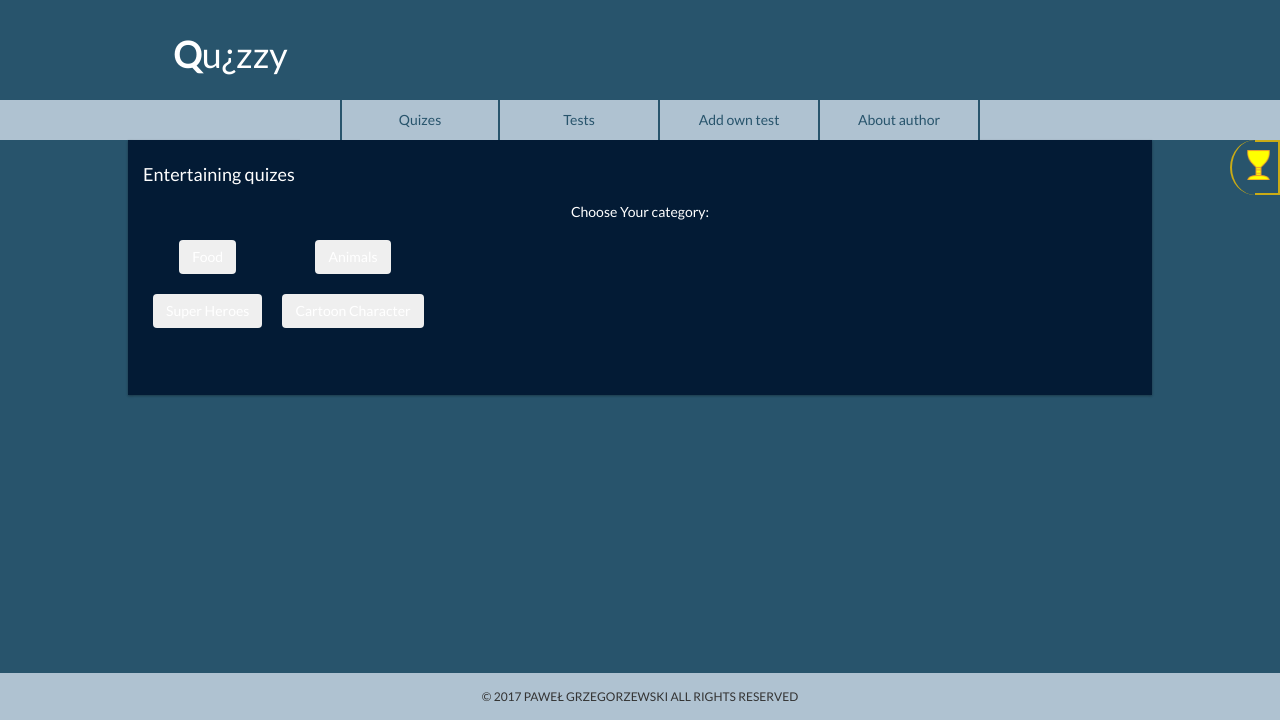
Repository: pgrzegorzewski/quiz
Page: http://localhost/app/add_test.php
An editor plug-in stored every save of this project. The page is shown before and after the next save, followed by the edit.
The browser window is 1280 px wide. The pictures show the whole page.
Some web libraries are served in a nearby version. The page is run by PHP 8.4 with error messages shown; the project is at /var/www/html/.

Above is the page before, as saved 2017-09-10 18:12:09.

After the next save:
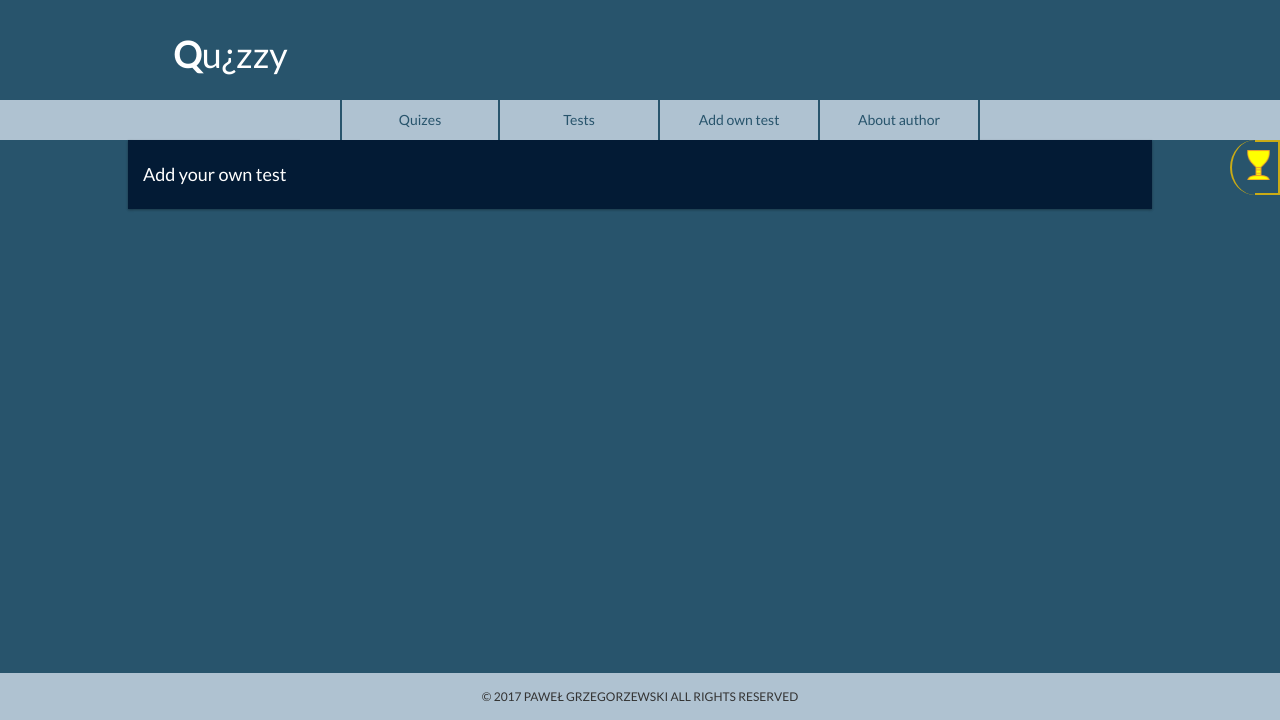
Saved 41 s later.
--- a/htdocs/app/learningapp/app/add_test.php
+++ b/htdocs/app/learningapp/app/add_test.php
@@ -60,51 +60,8 @@
 
 	<section class = "section">
 		<div id ="welcome_div">
-			<h4>Entertaining quizes</h4>
+			<h4>Add your own test</h4>
 
-		</div>
-		<div class = "row">
-			<div class="col-sm-12" id="tiles">
-				<h5 style = "text-align:center">Choose Your category:</h5>
-				<?php
-
-				echo "
-					<table id = \"tile\">
-						<tr>
-							<td>
-								<button  name = '1' id = '1' class = 'category btn' >Food</button>
-							</td>
-							<td>
-								<button name = '2' id = '2'  class = 'category btn'>Animals</button>
-							</td>
-						</tr>
-						<tr>
-							<td>
-								<button  name = '3' id = '3' class = 'category btn' >Super Heroes</button>
-							</td>
-							<td>
-								<button t name = '4' id = '4' class = 'category btn' >Cartoon Character</button>
-							</td>
-						</tr>
-					</table>
-				";
-				?>
-				<br/><br/>
-
-			</div>
-		</div>
-		<div class ="row">
-			<div class="col-sm-12">
-				<h4 id="test_title" hidden = "true">Let's begin with the</h4>
-			</div>
-		</div>
-		<div id = "test_questions">
-
-		</div>
-		<div class ='row'>
-				<div class='col-sm-12' id = 'result_div'>
-					<h4 id= 'result_text' hidden = 'true'></h4>
-				</div>
 		</div>
 
 	</section>
